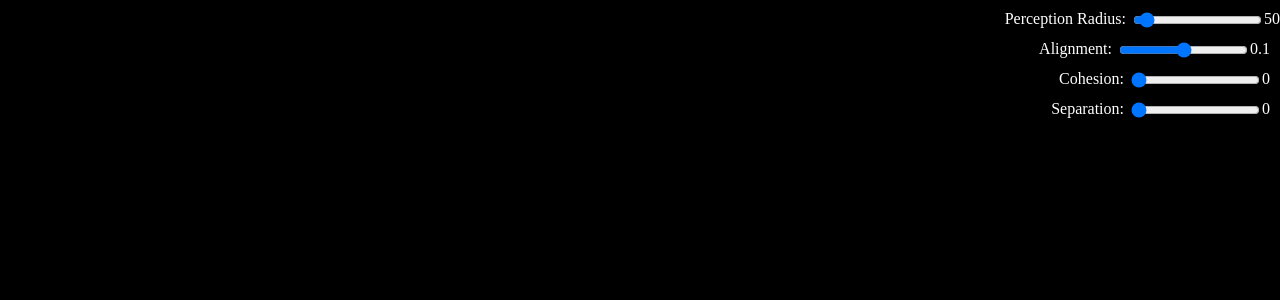
Repository: eltonsampaio12/boids
Page: index.html
The author's editor kept a copy of each file at every save. The page is drawn from the files as they stood at one save, then again after the next save.
The browser window is 1280 px wide. The pictures show the whole page.

Above is the page before, as saved 2024-01-30 14:08:48.
Not found: main.ts

### index.html
<!DOCTYPE html>
<html lang="en">
  <head>
    <meta charset="utf-8" />
    <title>My first three.js app</title>
    <style>
      body {
        margin: 0;
        background-color: black;
      }
      .perceptionRadiusLabel,
      .alignmentLabel,
      .cohesionLabel,
      .separationLabel {
        color: white;
        margin-right: 5px;
      }

      .parameterParent {
        display: flex;
        justify-content: flex-end;
        margin-left: 10px;
        margin-top: 10px;
      }

      .parameterValue {
        color: white;
        margin-right: 10px;
      }

      span {
        color: white;
      }
    </style>
  </head>
  <body>
    <script type="module" src="/main.ts"></script>

    <div class="parameterParent">
      <label class="perceptionRadiusLabel" for="perceptionRadiusSlider"
        >Perception Radius:</label
      >
      <input
        type="range"
        id="perceptionRadiusSlider"
        min="0"
        max="1000"
        value="50"
        step="1"
      />
      <span id="perceptionRadiusValue">50</span>
    </div>

    <div class="parameterParent">
      <label class="alignmentLabel" for="alignmentSlider">Alignment:</label>
      <input
        type="range"
        id="alignmentSlider"
        min="0"
        max="1"
        value="0.5"
        step="0.01"
      />
      <span class="parameterValue" id="alignmentValue">0.1</span>
    </div>

    <div class="parameterParent">
      <label class="cohesionLabel" for="cohesionSlider">Cohesion:</label>
      <input
        type="range"
        id="cohesionSlider"
        min="0"
        max="1"
        value="0"
        step="0.001"
      />
      <span class="parameterValue" id="cohesionValue">0</span>
    </div>

    <div class="parameterParent">
      <label class="separationLabel" for="separationSlider">Separation:</label>
      <input
        type="range"
        id="separationSlider"
        min="0"
        max="100"
        value="0"
        step="0.1"
      />
      <span class="parameterValue" id="separationValue">0</span>
    </div>
  </body>
</html>

After the next save:
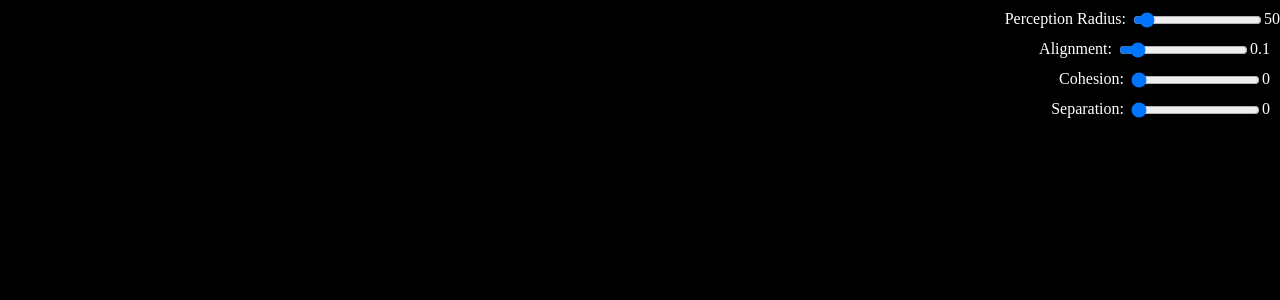
Saved 6 h 46 min later.
--- a/index.html
+++ b/index.html
@@ -58,7 +58,7 @@
         id="alignmentSlider"
         min="0"
         max="1"
-        value="0.5"
+        value="0.1"
         step="0.01"
       />
       <span class="parameterValue" id="alignmentValue">0.1</span>
